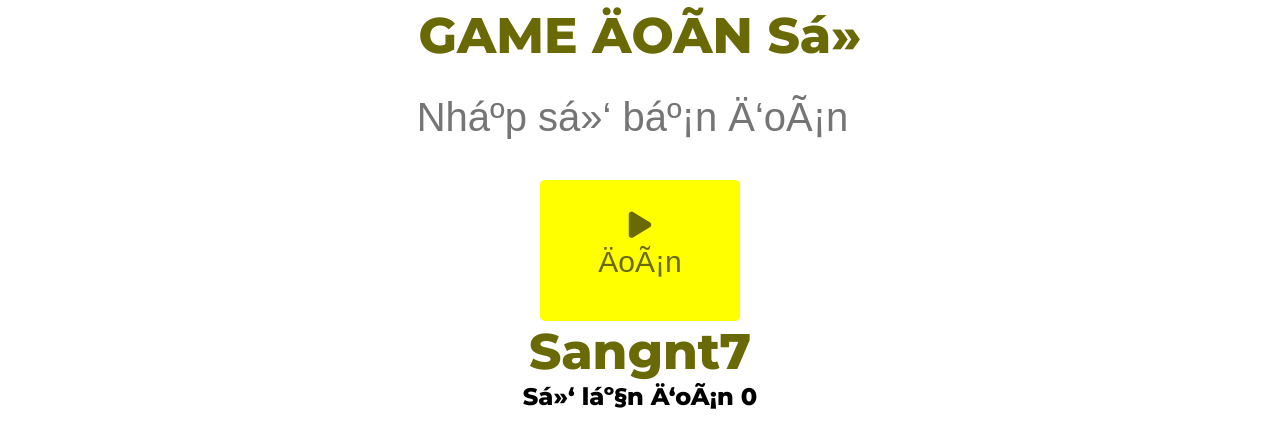
Repository: turtleSang/GuestNumber
Page: http://localhost/GameDoanSo/playgame.jsp
An editor plug-in stored every save of this project. The page is shown before and after the next save, followed by the edit.
The browser window is 1280 px wide. The pictures show the whole page.
The page is served by Tomcat 9. Other server files are loaded and not shown.

Above is the page before, as saved 2023-08-27 17:35:29.

### GameDoanSo/src/main/webapp/playgame.jsp
<!DOCTYPE html>
<html lang="en">

<head>
    <meta charset="UTF-8">
    <meta name="viewport" content="width=device-width, initial-scale=1.0">
    <!-- GG font -->
    <link rel="preconnect" href="https://fonts.googleapis.com">
    <link rel="preconnect" href="https://fonts.gstatic.com" crossorigin>
    <link href="https://fonts.googleapis.com/css2?family=Montserrat:wght@300;400;500;600;800&display=swap"
        rel="stylesheet">
    <!-- Font Awsome -->
    <link rel="stylesheet" href="https://cdnjs.cloudflare.com/ajax/libs/font-awesome/6.4.2/css/all.min.css"
        integrity="sha512-z3gLpd7yknf1YoNbCzqRKc4qyor8gaKU1qmn+CShxbuBusANI9QpRohGBreCFkKxLhei6S9CQXFEbbKuqLg0DA=="
        crossorigin="anonymous" referrerpolicy="no-referrer" />
    <!-- Main CSS -->
    <link rel="stylesheet" href="./css/playgame.css">
    <title>Playing game....</title>
</head>

<body>
    <div class="content">
        <h3>GAME ĐOÁN SỐ</h3>
        <form>
            <h3 id="nofi"></h3>
            <input id="input_number" type="number" name="number" placeholder="Nhập số bạn đoán">
            <div class="group-btn">
                <div id="group-play" class="group-play">
                    <button id="guest" type="button"><i class="fa-solid fa-play"></i> <span>Đoán</span></button>
                </div>
                <div id="group-return" class="group-return">
                    <button id="back" type="button"><a href="./index.html"><i class="fa-solid fa-arrow-left"></i><span>Quay lại</span></a></button>
                </div>
            </div>
        </form>
        <h3 id="player_info" data-idPlayer="1">Sangnt7</h3>
        <h2 class="turn_play">Số lần đoán <span id="turn">0</span></h2>
    </div>
    <script src="https://cdn.jsdelivr.net/npm/axios/dist/axios.min.js"></script>
    <script src="./JS/playgame.js"></script>
</body>

</html>

### GameDoanSo/src/main/webapp/css/playgame.css
html, body{
    font-family: 'Montserrat', sans-serif;
}
*{
    margin: 0;
    padding: 0;
    box-sizing: border-box;
}
#main{
    background-color: aqua;
    min-height: 700px;
    height: 100vh;
    padding: 10% 15%;
}
.content{
    display: flex;
    flex-direction: column;
    justify-content: space-evenly;
    min-height: 400px;
    align-items: center;
}
.content h3{
    font-size: 50px;
    color: rgb(105, 105, 5);
}

.content form{
    display: flex;
    flex-direction: column;
    align-items: center;
}

.content form input{
    display: block;
    width: 90%;
    font-size: 40px;
    text-align: center;
    margin: 0 auto;
    border-radius: 10px;
    padding: 10px;
    border: none;
    transition: 0.5s;
}
.content form input:focus-visible{
    outline: none;
    border: 1px solid yellow;
    box-shadow: 0px 0px 7px 2px rgb(105, 105, 5);
}
.content form button{
    display: block;
    margin-top: 30px;
    width: 200px;
    padding: 30px 20px;
    border-radius: 3%;
    cursor: pointer;
    color: rgb(105, 105, 5);
    font-size: 30px;
    border: none;
    background-color: yellow;
    transition: 0.5s;
}
.content form button:hover{
    background-color: rgb(105, 105, 5);
    color: yellow;
}
.content form button i{
    text-align: center;
    display: block;
}
.group-btn{
    display: flex;
    width: 100%;
    justify-content: space-around;
}
.group-return{
    display: none;
}
#back a{
    text-decoration: none;
    color: rgb(105, 105, 5) ;
}
.group-return #back:hover a{
    color: yellow;
}

### GameDoanSo/src/main/webapp/JS/playgame.js
let count = 0;

document.getElementById("guest").onclick = async () => {
    let number = document.getElementById("input_number").value;
    count++;
    document.getElementById("turn").innerHTML = count;
    try {
        let res = await axios.post(`http://localhost:8080//GameDoanSo/guest?numberGuest=${number}`);
        let { isSuccess, nofication } = res.data;
        if (isSuccess) {

            let id = document.getElementById("player_info").getAttribute("data-idPlayer");
            let turn = count;
            let isUpdated = await updatePlayer(turn,id);
            if (isUpdated) {
                document.getElementById("nofi").innerHTML = nofication;
                document.getElementById("group-return").style.display = "block";
                document.getElementById("group-play").style.display = "none";
            }



        } else {
            document.getElementById("nofi").innerHTML = nofication;

        }
    } catch (error) {
        console.log(error);
    }
}

const updatePlayer = async (turn, id)=>{
    let res = await axios.post(`http://localhost:8080//GameDoanSo/player?id=${id}&turn=${turn}`);
    let { isSuccess } = res.data;
    return isSuccess;
}

After the next save:
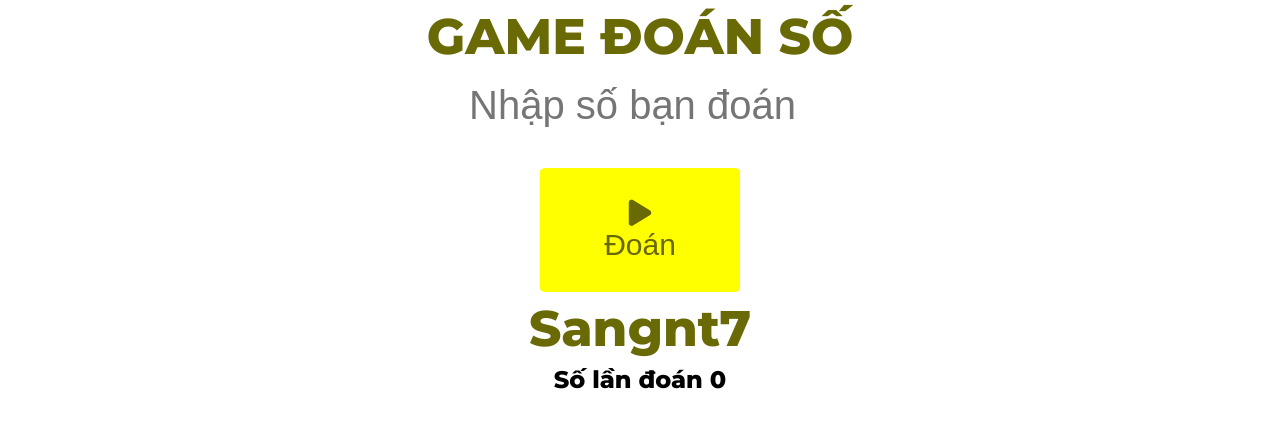
Saved 55 s later.
--- a/GameDoanSo/src/main/webapp/playgame.jsp
+++ b/GameDoanSo/src/main/webapp/playgame.jsp
@@ -1,3 +1,4 @@
+<%@ page contentType="text/html; charset=UTF-8" %>
 <!DOCTYPE html>
 <html lang="en">
 
